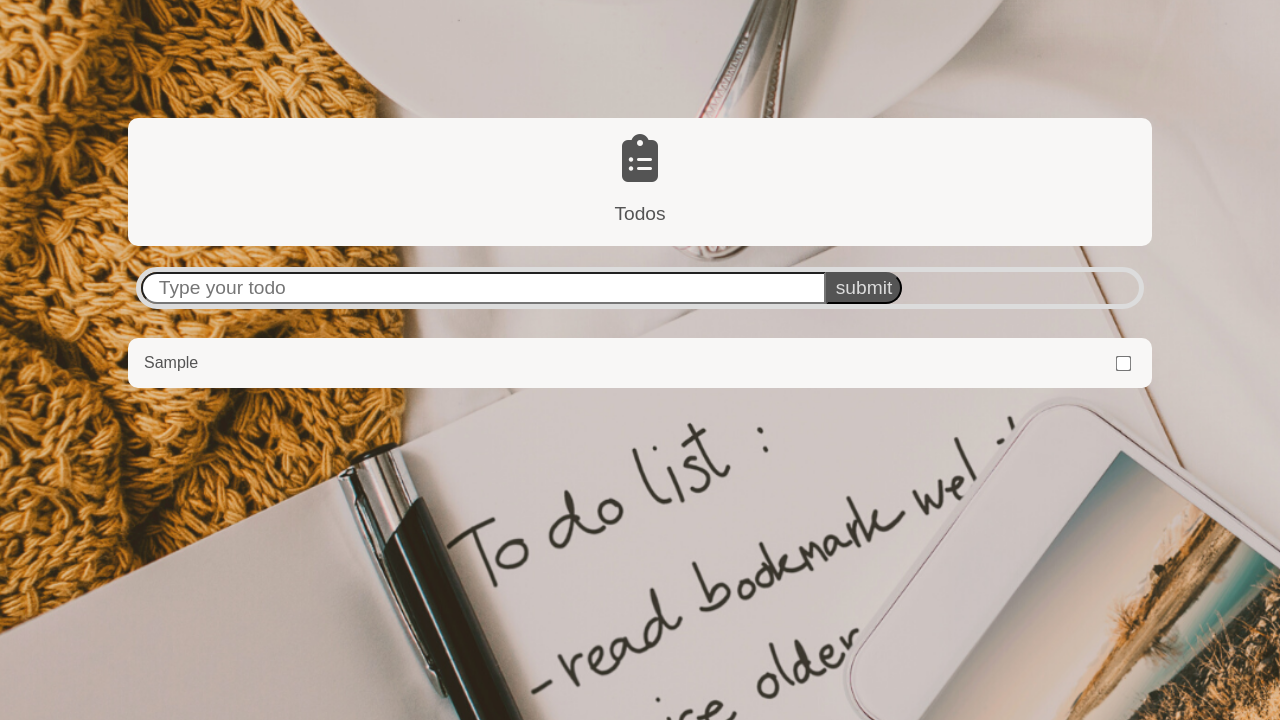
Repository: ShindanoSingi/My-Channel-Videos
Page: index.html
The author's editor kept a copy of each file at every save. The page is drawn from the files as they stood at one save, then again after the next save.
The browser window is 1280 px wide. The pictures show the whole page.
Empty fields were first filled with sample values (such as "Sample", 5 or name@example.com).
After loading, the first visible `#submit-button` was clicked once.

Above is the page before, as saved 2023-07-18 00:29:30.
Console error: TypeError: Cannot read properties of null (reading 'addEventListener')

### index.html
<!DOCTYPE html>
<html lang="en">
<head>
    <meta charset="UTF-8">
    <meta name="viewport" content="width=device-width, initial-scale=1.0">
    <link rel="stylesheet" href="https://cdnjs.cloudflare.com/ajax/libs/font-awesome/6.2.0/css/all.min.css" integrity="sha512-xh6O/CkQoPOWDdYTDqeRdPCVd1SpvCA9XXcUnZS2FmJNp1coAFzvtCN9BmamE+4aHK8yyUHUSCcJHgXloTyT2A==" crossorigin="anonymous" referrerpolicy="no-referrer" />
    <Link rel="stylesheet" href="style.css">
    <title>Todo App</title>
</head>
<body>
    <div class="container">
        <div class="top-div">
            <i class="todo-icon fa-solid fa-clipboard-list"></i>
            <span>Todos</span>
        </div>

        <div class="input-button-container">
            <input class="input-field" id="input-field" type="text" placeholder="Type your todo">
            <input type="submit" value="submit" class="submit-button" id="submit-button">
        </div>
        <div class="div-checkbox-containers-parent" id="div-checkbox-containers-parent">
            </div>
        </div>
    </div>
    <script src="index.js"></script>
</body>
</html>

### style.css
:root{
    --gray-color: #545454;
    --background-color: #F8F7F6;
    --general-font: 1.2rem;
    --light-blue:#1E90FF;
    --light-gray:#DCDCDC;
    --border-radius: 10px;
    --input-border-radius: 50px;
    --padding-x: 0.5rem;
    --padding-y: 0.2rem;
    --screen: 100vw;
    --orange: #D59A4C;
}

body{
    color: var(--gray-color);
    font-family: 'Montserrat', sans-serif;
    font-size: var(--general-font);
    background-image: url(images/Background.png);
    background-size: cover;
    background-repeat: no-repeat;
    background-position: center;
    width: fit-content;
    box-sizing: 0;
    margin: 0;
    padding: 0;
}

.todo-icon{
    font-size: 3rem;
}

.top-div{
    width: 80%;
    background: var(--background-color);
    display: grid;
    justify-items: center;
    height: 6rem;
    gap: 1rem;
    border-radius: var(--border-radius);
    padding: 1rem 0;
    margin-bottom: 1.3rem;
    margin-top: -17rem;
}

/* Input field */
input, .submit-button{
    font-size: var(--general-font);
}

.input-field{
    width: 65%;
    display: inline-block;
    border-radius: var(--input-border-radius) 0 0 var(--input-border-radius);
    padding: 0.2rem 1rem;
}

.check-mark{
    z-index: -1;
}

input:focus{
    outline: none;
    background-color: var(--light-gray);
}

.submit-button{
    color: var(--light-gray);
    padding: 0 0.4rem;
    display: inline-block;
    background-color: var(--gray-color);

    color: var(--light-gray);
    border-radius: 0 var(--input-border-radius) var(--input-border-radius) 0;
    padding: var(--padding-y) var(--padding-x);
}

.submit-button:hover{
    background-color: var(--orange);
}

.input-button-container{
    width: 78%;
    display: flex;
    align-items: center;
    border: 5px solid var(--light-gray);
    border-radius: var(--input-border-radius) var(--input-border-radius);
    margin-top: 2rem;
    margin: 0 auto;
    margin-bottom: 1.3rem;
    /* display: none; */
}

div.text{
    font-size: 1rem;
    width: 70%;
    overflow: scroll;
    padding: 1rem;
}

.checkbox{
    transform: scale(1.2);
}

.check-mark{
    transform: translate(-1rem, -0.2rem);
}

.checkbox-icon{
    display: flex;
}

.div-checkbox-container{
    width: 100%;
    height: auto;
    display: flex;
    justify-content: space-between;
    align-items: center;
    background-color: var(--background-color);
    border-radius: var(--border-radius);
}

.div-checkbox-containers-parent{
    display: flex;
    flex-direction: column;
    align-items: center;
    gap: 1.5rem;
    padding: 0 2rem;
    width: 80%;
    max-height: 55vh;
    overflow-y: scroll;
    padding-bottom: 2%;
    position: absolute;
    top: 47%;
}

.container{
    height: 100svh;
    width: 100vw;
    display: flex;
    flex-direction: column;
    align-items: center;
    justify-content: center;
}

### index.js
let button = document.getElementById("submit-button");
button.addEventListener("click", function () {

    let newDiv1 = document.getElementById("div-checkbox-containers-parent");

    let inputValue = document.getElementById("input-field");

    let newDiv2 = document.createElement("div");
    newDiv2.setAttribute('class', "div-checkbox-container");
    newDiv2.setAttribute("id", "div-checkbox-container");

    let newDiv3 = document.createElement("div");
    newDiv3.setAttribute("class", "text");
    newDiv3.setAttribute("id", "text");
    newDiv3.textContent = inputValue.value;

    let newDiv4 = document.createElement("div");
    newDiv4.setAttribute("class", "checkbox-icon");
    newDiv4.setAttribute("id", "checkbox-icon");

    let input = document.createElement("input");
    input.type = "checkbox";
    input.setAttribute("class", "checkbox");
    input.setAttribute("id", "checkbox");

    let i = document.createElement("i");
    i.setAttribute("class", "check-mark fa-solid fa-check");
    i.setAttribute('id','check-mark');

    newDiv4.appendChild(input);
    newDiv4.appendChild(i);

    newDiv2.appendChild(newDiv3);
    newDiv2.appendChild(newDiv4);

    console.log(newDiv1)
    if (!inputValue.value) {
        alert("Please enter the text!")
        return
    }

    newDiv1.appendChild(newDiv2);

    newDiv1.scrollTop = newDiv1.scrollHeight;

    inputValue.value = ''
});

const showCheckMark = () => {
    let checkMark = document.getElementById('check-mark');
    checkMark.style.zIndex = 1;
    console.log("Lol")
}

let checkBoxIcon = document.getElementById('checkbox-icon');
checkBoxIcon.addEventListener('click', (event) => {
    showCheckMark()
})

After the next save:
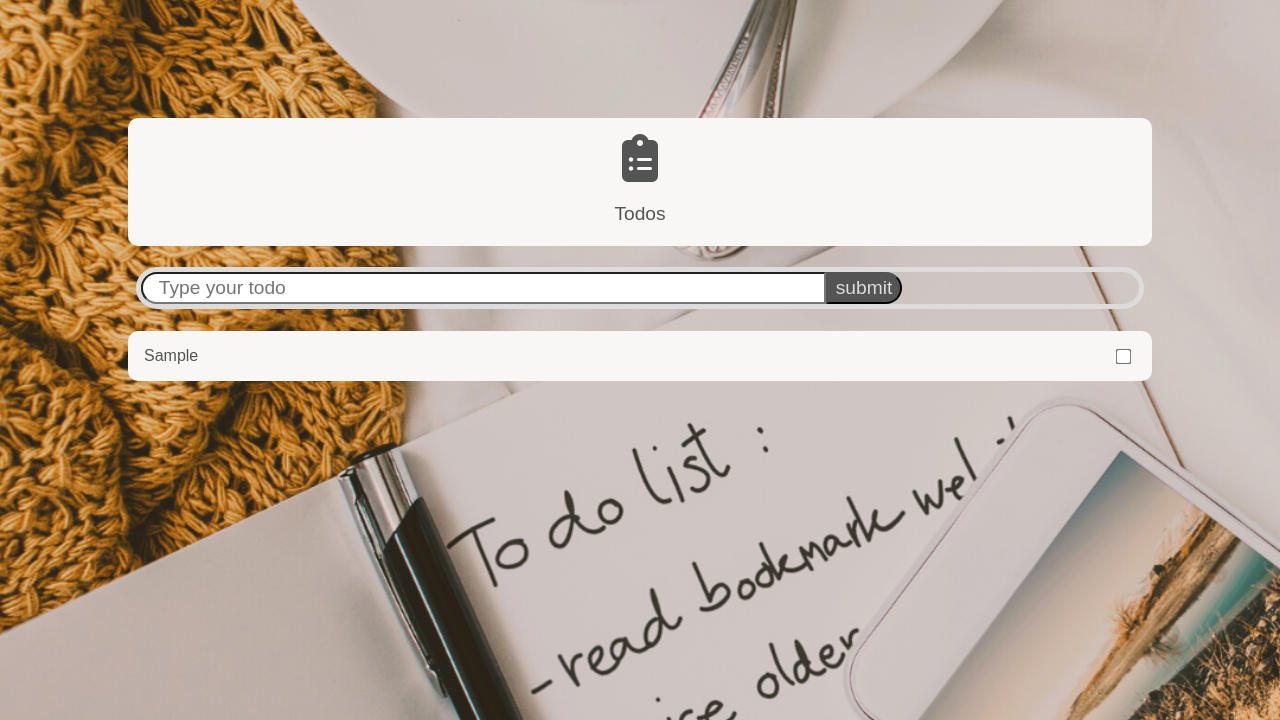
Saved 4 s later.
--- a/style.css
+++ b/style.css
@@ -131,7 +131,7 @@ div.text{
     overflow-y: scroll;
     padding-bottom: 2%;
     position: absolute;
-    top: 47%;
+    top: 46%;
 }
 
 .container{
